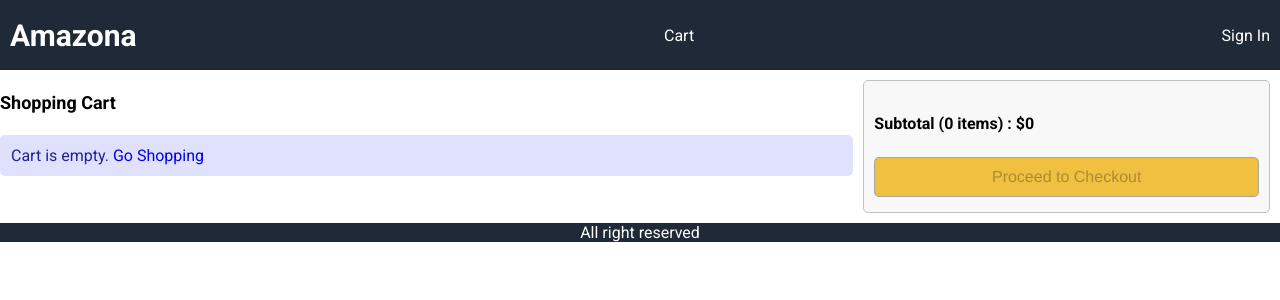
Repository: rexhep/e-commerce
Page: /cart (app in frontend/)
The author's editor kept a copy of each file at every save. The page is drawn from the files as they stood at one save, then again after a run of saves.
The browser window is 1280 px wide. The pictures show the whole page.
The project was rebuilt for these pictures with package versions that can differ from the ones it lists, and the page was loaded fresh each time. Also part of the build but not shown: frontend/src/actions/userActions.js, frontend/src/components/clientHeader/ClientHeader.jsx, frontend/src/components/Rating.js, frontend/src/components/Product.js, frontend/src/components/LoadingBox.js, frontend/src/actions/productActions.js, frontend/src/components/clientHeader/HeaderSlider.jsx, frontend/src/pages/HomePage.js and 21 more.

Above is the page before, as saved 2021-10-12 23:39:36.

After the next 2 saves:
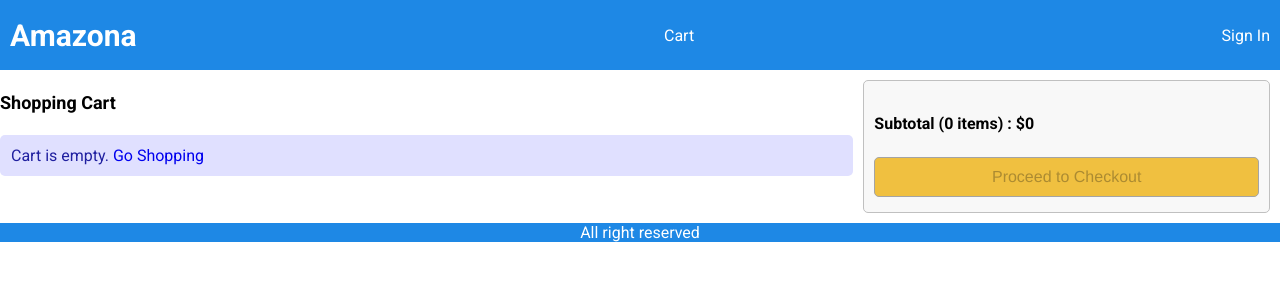
The 2 saves are shown as one change because they came seconds apart.
The last was saved 7 min 43 s later.
--- a/frontend/src/index.css
+++ b/frontend/src/index.css
@@ -32,7 +32,7 @@ body {
 
 header {
   grid-area: header;
-  background-color: #1F2937;
+  background-color: #1e88e5;
   height: 50px;
 }
 
@@ -43,7 +43,7 @@ main {
 
 footer {
   grid-area: footer;
-  background-color: #1F2937;
+  background-color: #1e88e5;
   color: #fff
 }
 /* Common */
